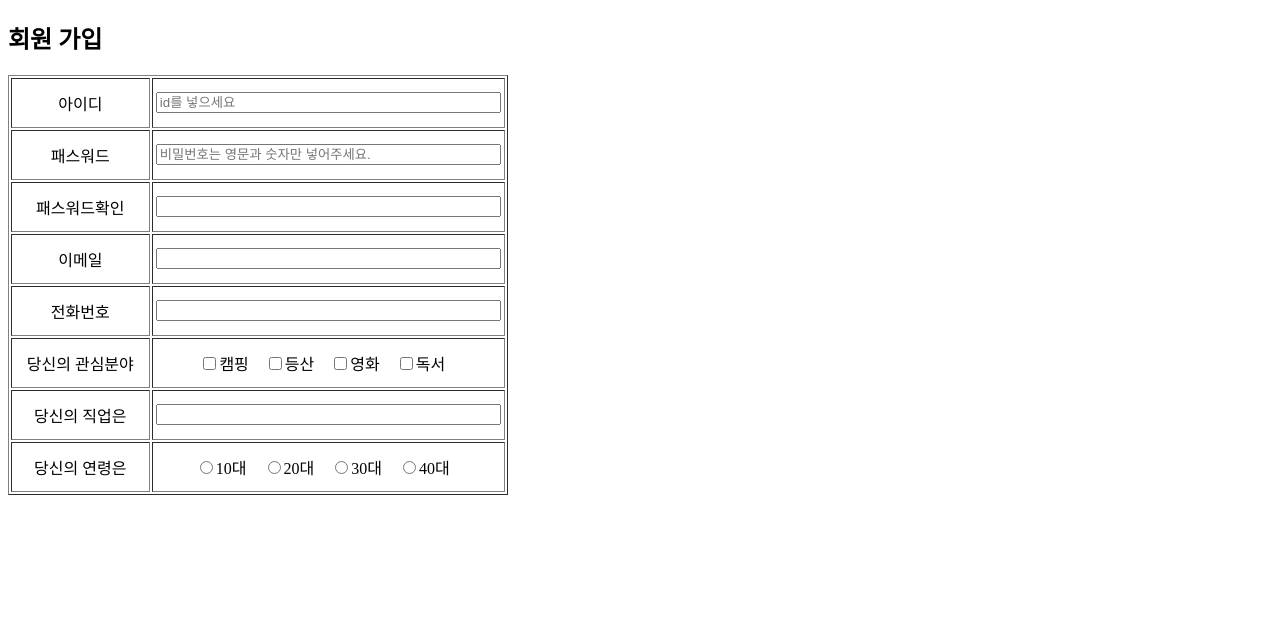
Repository: mungkeu/JSP_Web
Page: http://localhost/DataBase/MemberJoin.jsp
The author's editor kept a copy of each file at every save. The page is drawn from the files as they stood at one save, then again after the next save.
The browser window is 1280 px wide. The pictures show the whole page.
The page is served by Tomcat 9.

Above is the page before, as saved 2022-08-01 22:57:07.

After the next save:
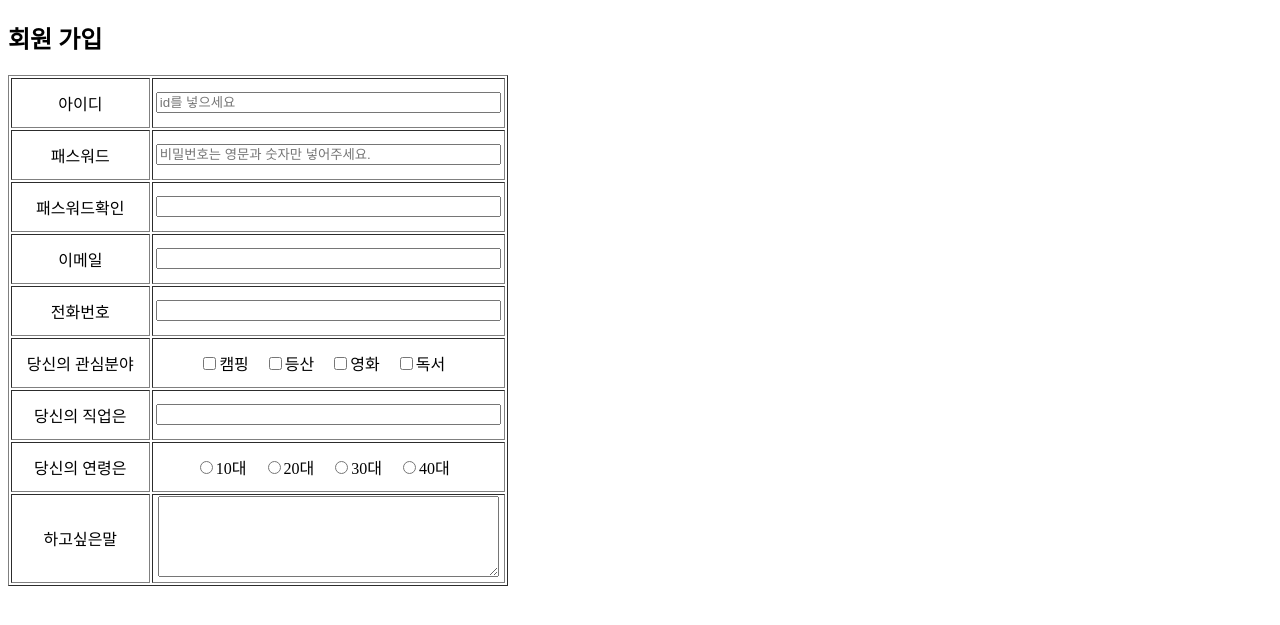
Saved 83 s later.
--- a/DataBase/src/main/webapp/MemberJoin.jsp
+++ b/DataBase/src/main/webapp/MemberJoin.jsp
@@ -52,6 +52,12 @@
 		<input type="radio" name="age" value="40">40대 &nbsp;&nbsp;
 		</td>
 	</tr>
+	<tr height="50">
+		<td width="150" align="center">하고싶은말</td>
+		<td width="350" align="center">
+		<textarea rows="5" cols="40" name="info"></textarea>
+	</tr>
+
 	</table>
 	</form>
 </body>
